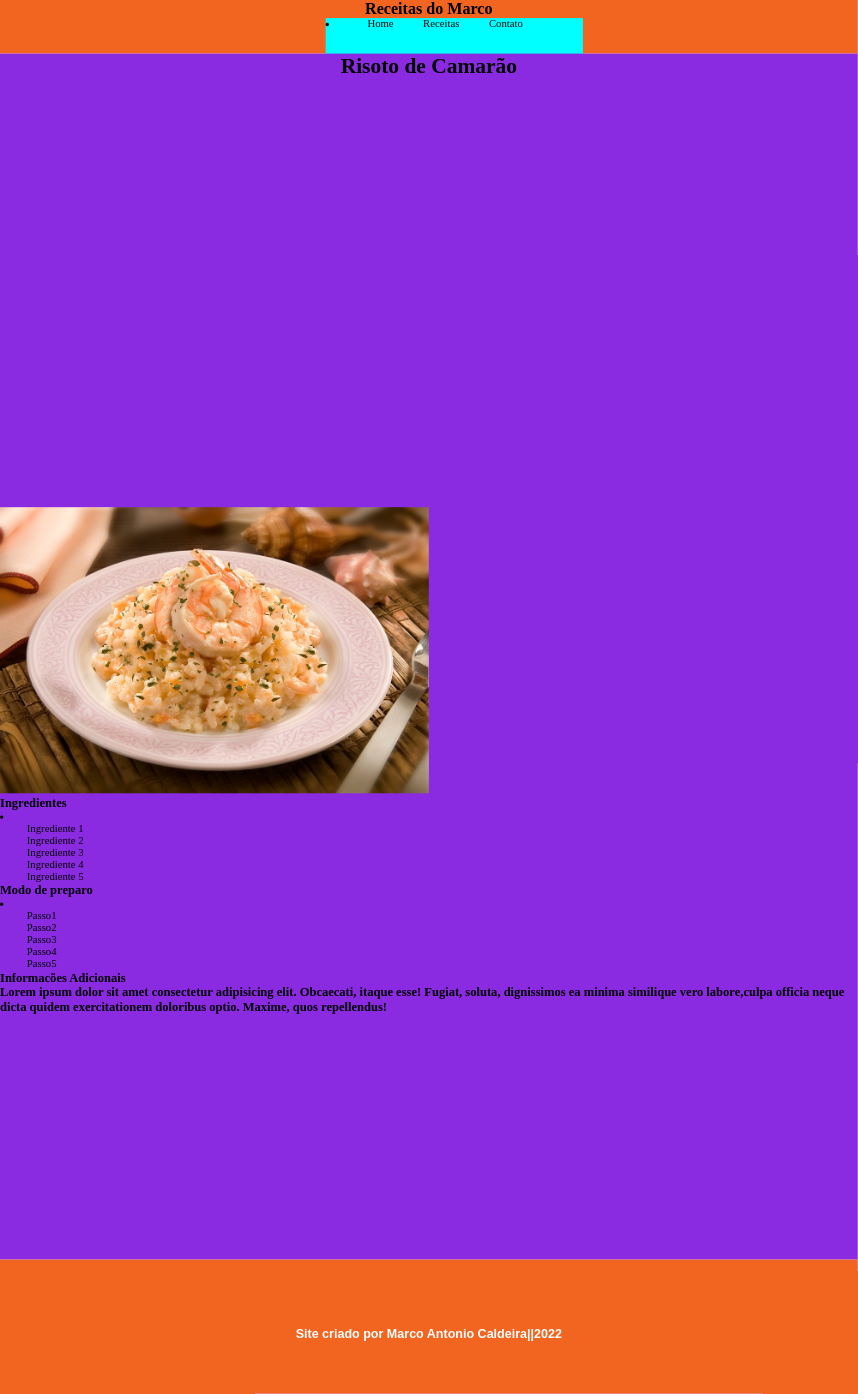
Repository: MarcoantonioCaldeira/Aprendizados-e-Conhecimentos
Page: Receitas da Casa/index.html
An editor plug-in stored every save of this project. The page is shown before and after the next save, followed by the edit.
The browser window is 1280 px wide. The pictures show the whole page, at 67% of full size.

Above is the page before, as saved 2022-05-25 23:58:07.

### Receitas da Casa/index.html
<!DOCTYPE html>
<html>
    <head>
    <meta charset="utf-8">
    <title>Receitas do Marco</title>
    <link rel="stylesheet" text="css" href="css/estilo.css">
    <style>

    </style>
    </head>
    <body>
        <header id="topo">
            <nav>
               <h1>Receitas do Marco</h1>
               <li class="li-topo">
                  <ul class="ul-topo" href="#">Home</ul>
                  <ul class="ul-topo" href="#">Receitas</ul>
                  <ul class="ul-topo" href="#">Contato</ul>
                </li>
            </nav>
        </header>
        <main id="corpo">
            <h1>Risoto de Camarão</h1>
            <figure>
                <img class="img_receita" src="imagens/imagem_receita.jpg">
            </figure>
            <article>
                <h3>Ingredientes</h3>
               <li>
                   <ul>Ingrediente 1</ul>
                   <ul>Ingrediente 2</ul>
                   <ul>Ingrediente 3</ul>
                   <ul>Ingrediente 4</ul>
                   <ul>Ingrediente 5</ul>
               </li>


               <h3>Modo de preparo</h3>
               <li>
                   <ul>Passo1</ul>
                   <ul>Passo2</ul>
                   <ul>Passo3</ul>
                   <ul>Passo4</ul>
                   <ul>Passo5</ul>
               </li>


                <h3>Informacões Adicionais</h3>

                <h3>Lorem ipsum dolor sit amet consectetur adipisicing elit. Obcaecati, itaque esse!
                   Fugiat, soluta, dignissimos ea minima similique vero labore,culpa officia neque dicta
                   quidem exercitationem doloribus optio. Maxime, quos repellendus!</h3>
            </article>
        </main>
        <footer id="rodape">
                <div class="agradecimentos-rodape">
                    <h3>Site criado por Marco Antonio Caldeira||2022</h3>
                </div>
        </footer>
    </body>
</html>

### Receitas da Casa/css/estilo.css
*{
    margin: 0;
}



h1{
    text-align: center;
}

#topo{
    width: 100%;
    background-color:rgb(241, 101, 32);
    height: 80px;
}

.li-topo{
    background-color: aqua;
    height: 100px;
    width: 30%;
    margin-left: 38%;
}

.ul-topo{
    display: inline;
}


#corpo{
    width: 100%;
    height: 1800px;
    background-color: blueviolet;
}

.img_receita{
    position:relative;
    margin-top: 50%;
    width:50%;
}

#rodape{
    background-color: rgb(241, 101, 32);
    width: 100%;
    height: 200px;
}

.agradecimentos-rodape{
    position: relative;
    top: 50%;
    color:white;
    font-family: arial;
    text-align: center;
}

After the next save:
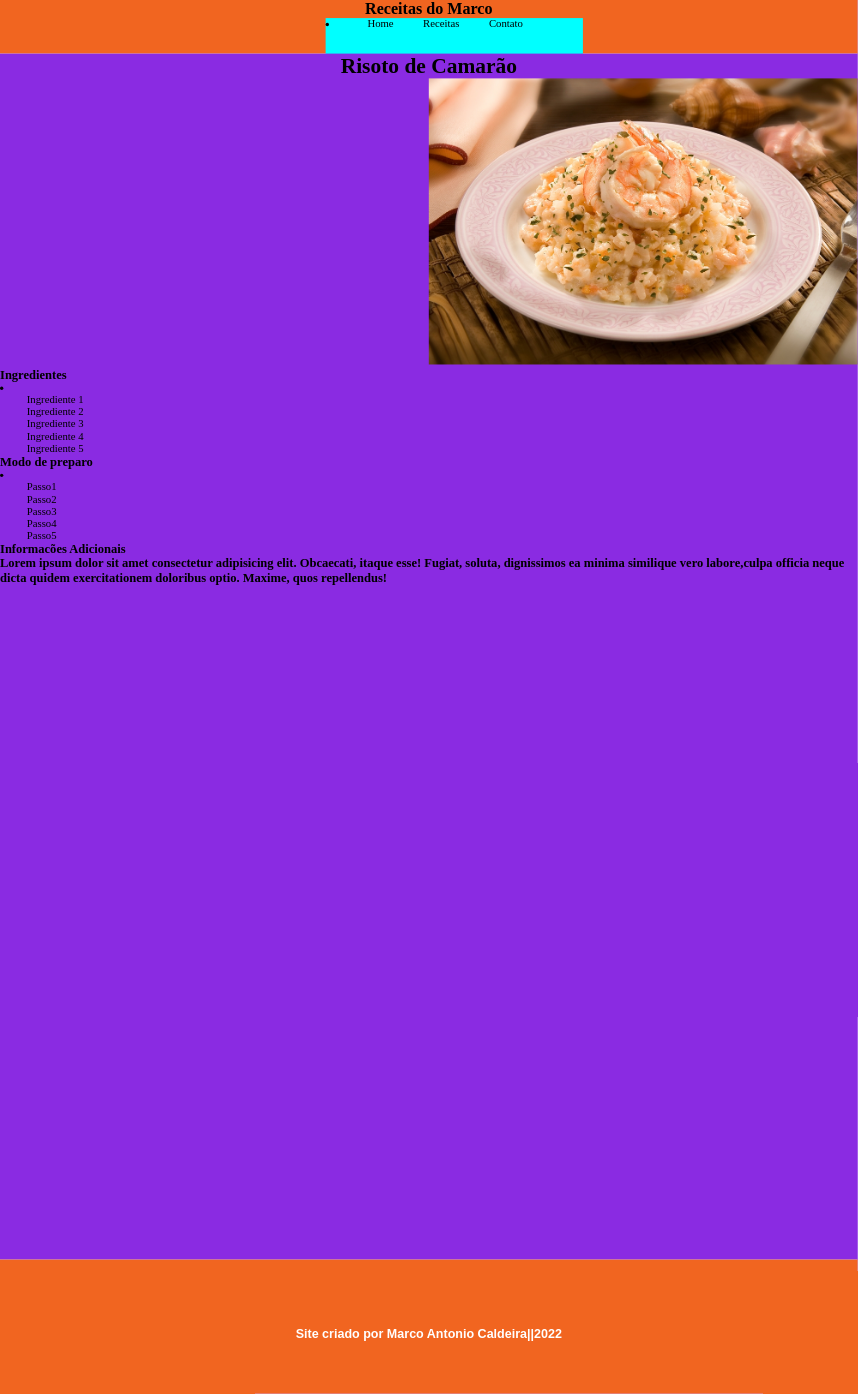
Saved 11 s later.
--- a/Receitas da Casa/css/estilo.css
+++ b/Receitas da Casa/css/estilo.css
@@ -34,7 +34,7 @@ h1{
 
 .img_receita{
     position:relative;
-    margin-top: 50%;
+    margin-left: 50%;
     width:50%;
 }
 
